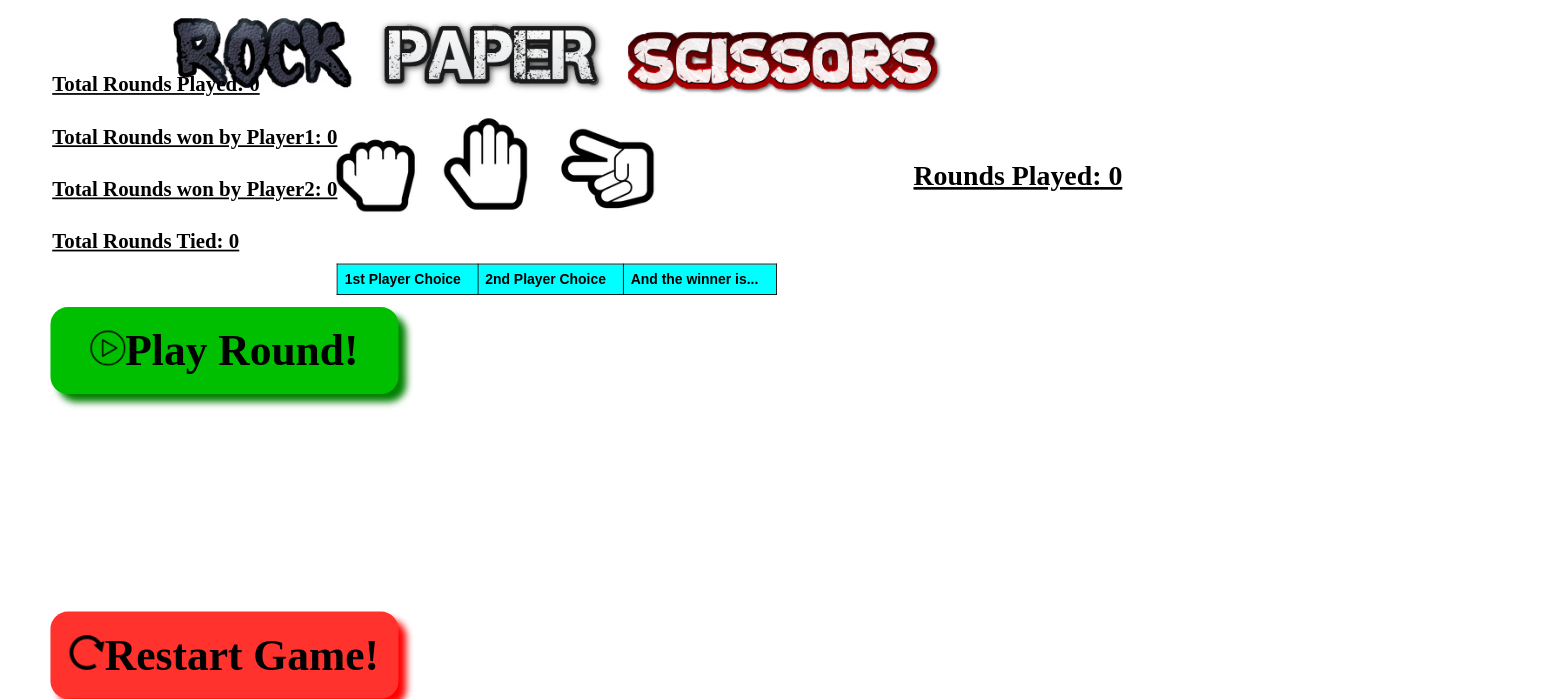
Repository: sergiocanoleon10/CiklumProject
Page: http://localhost/gmRockPaperScissors/WEB-INF/gameRPS.jsp
These files come from the project's save history. The page is drawn as it stood at one moment and after the next save; the edit follows.
The browser window is 1280 px wide. The page is 1802 px wide, so the pictures cover 1802 px, including what lies to the right of the window. The pictures show the whole page, at 87% of full size.
The page is served by Tomcat 9. Nobody is signed in. The template is opened directly, without the code that normally fills it, so the values that code supplies are empty.

Above is the page before, as saved 2021-02-07 20:07:55.

After the next save:
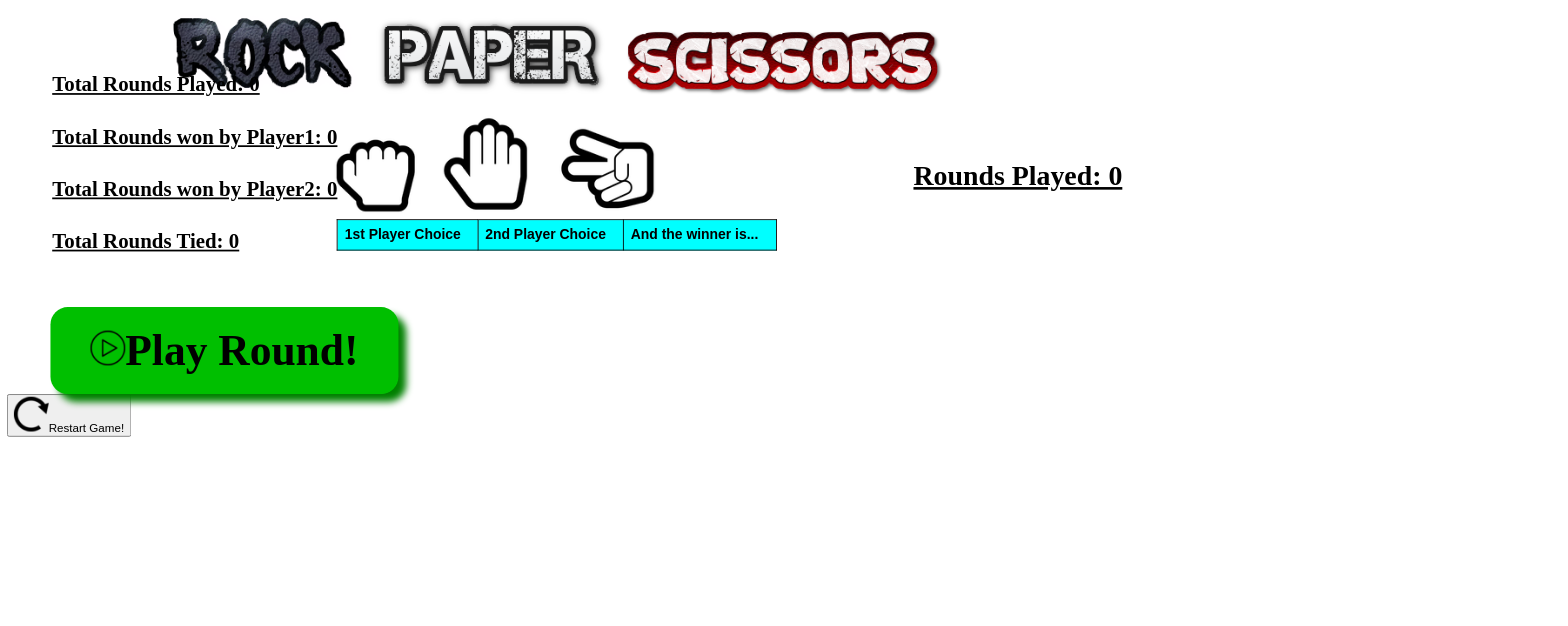
Saved 86 s later.
--- a/gmRockPaperScissors/src/main/webapp/WEB-INF/gameRPS.jsp
+++ b/gmRockPaperScissors/src/main/webapp/WEB-INF/gameRPS.jsp
@@ -49,7 +49,7 @@
 			</div>
 			</form>
 			<div class="btnWrapper">
-				<button type="button" name="button" value="btnReset" class="buttonRestart" onclick="deleteData();">
+				<button type="button"onclick="deleteData();">
 					<img src="img/restart.png"/>Restart Game!
 				</button>
 			</div>

After the save that followed:
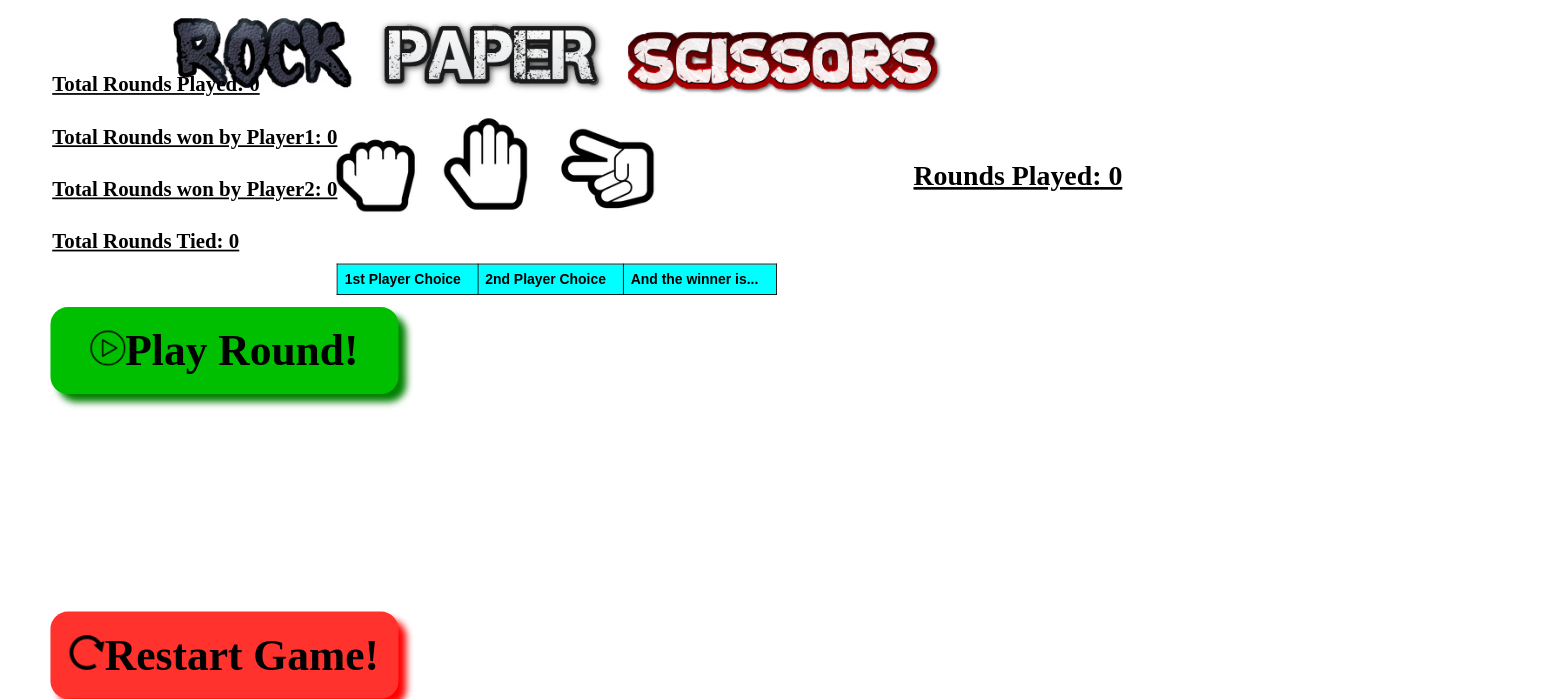
Saved 65 s later.
--- a/gmRockPaperScissors/src/main/webapp/WEB-INF/gameRPS.jsp
+++ b/gmRockPaperScissors/src/main/webapp/WEB-INF/gameRPS.jsp
@@ -47,12 +47,13 @@
 					<img src="img/playBtn.png"/>Play Round!
 				</button>
 			</div>
-			</form>
+
 			<div class="btnWrapper">
-				<button type="button"onclick="deleteData();">
+				<button type="button" name="button" value="btnReset" class="buttonRestart" onclick="deleteData();">
 					<img src="img/restart.png"/>Restart Game!
 				</button>
 			</div>
+			</form>
 			<div>
 			 <jsp:include page="/WEB-INF/table.jsp"/>
  			 </div>
